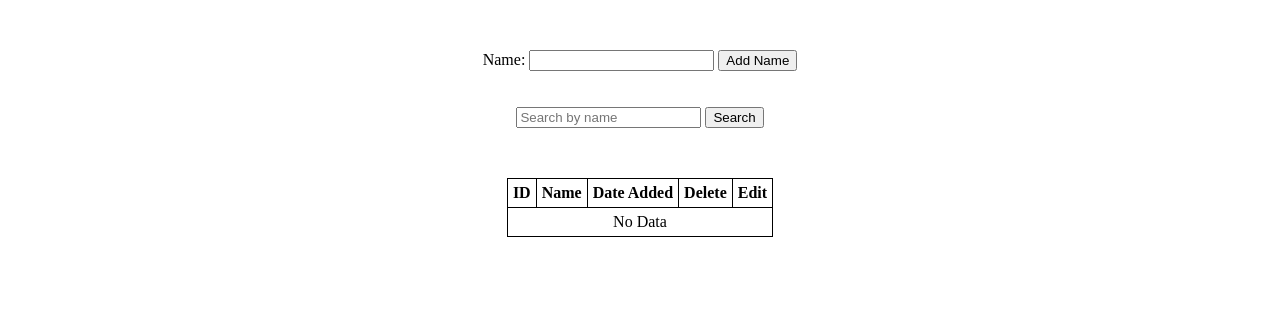
Repository: Theracon/Simple-mysql-node-app
Page: client/index.html
The author's editor kept a copy of each file at every save. The page is drawn from the files as they stood at one save, then again after the next save.
The browser window is 1280 px wide. The pictures show the whole page.

Above is the page before, as saved 2021-06-04 09:22:06.

After the next save:
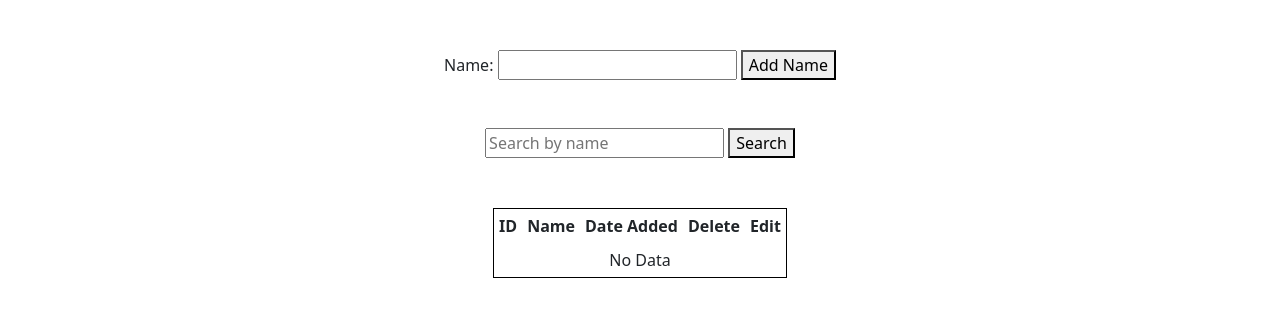
Saved 40 s later.
--- a/client/index.html
+++ b/client/index.html
@@ -6,6 +6,7 @@
     <meta http-equiv="X-UA-Compatible" content="IE=edge">
     <meta name="viewport" content="width=device-width, initial-scale=1.0">
     <link rel="stylesheet" href="stylesheet.css">
+    <link href="https://cdn.jsdelivr.net/npm/bootstrap@5.0.1/dist/css/bootstrap.min.css" rel="stylesheet" integrity="sha384-+0n0xVW2eSR5OomGNYDnhzAbDsOXxcvSN1TPprVMTNDbiYZCxYbOOl7+AMvyTG2x" crossorigin="anonymous">
     <title>MySQL Node App</title>
 </head>
 
